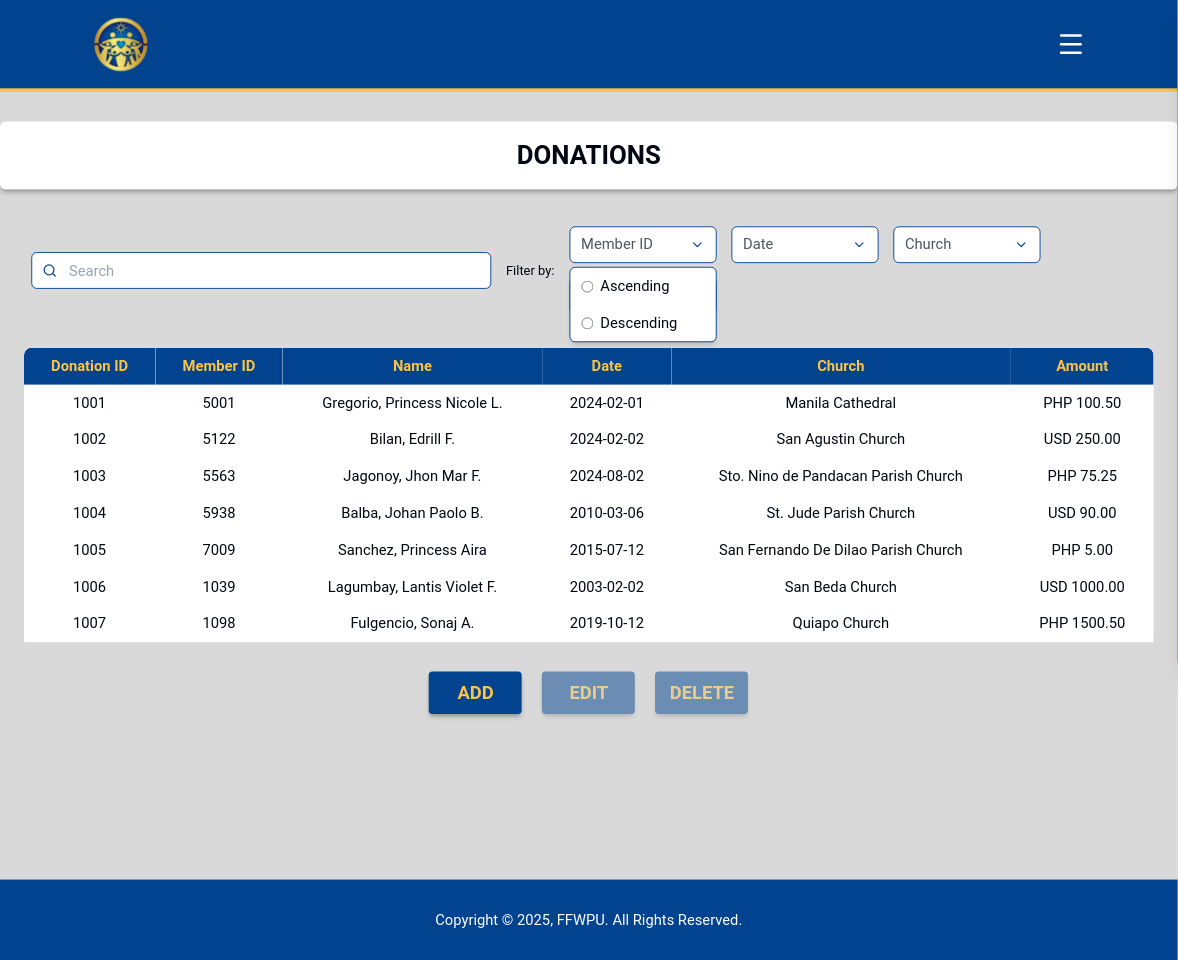
Repository: CoderTofu/FFWPU_System
Page: /donation, after clicking the first element matching `button.w-\[120px\]`
The author's editor kept a copy of each file at every save. The page is drawn from the files as they stood at one save, then again after the next save.
The browser window is 1280 px wide. The pictures show the whole page, at 92% of full size.
The project was rebuilt for these pictures with package versions that can differ from the ones it lists, and the page was loaded fresh each time. The framework's server and built-in components were replaced by stand-ins that run in the browser. Also part of the build but not shown: next.config.ts, src/components/NavbarPublic.tsx, src/components/FooterPublic.tsx, src/lib/utils.ts, src/components/ui/dialog.tsx, src/components/ui/button.tsx, src/components/Modal.tsx.

Above is the page before, as saved 2025-03-07 07:44:34.

After the next save:
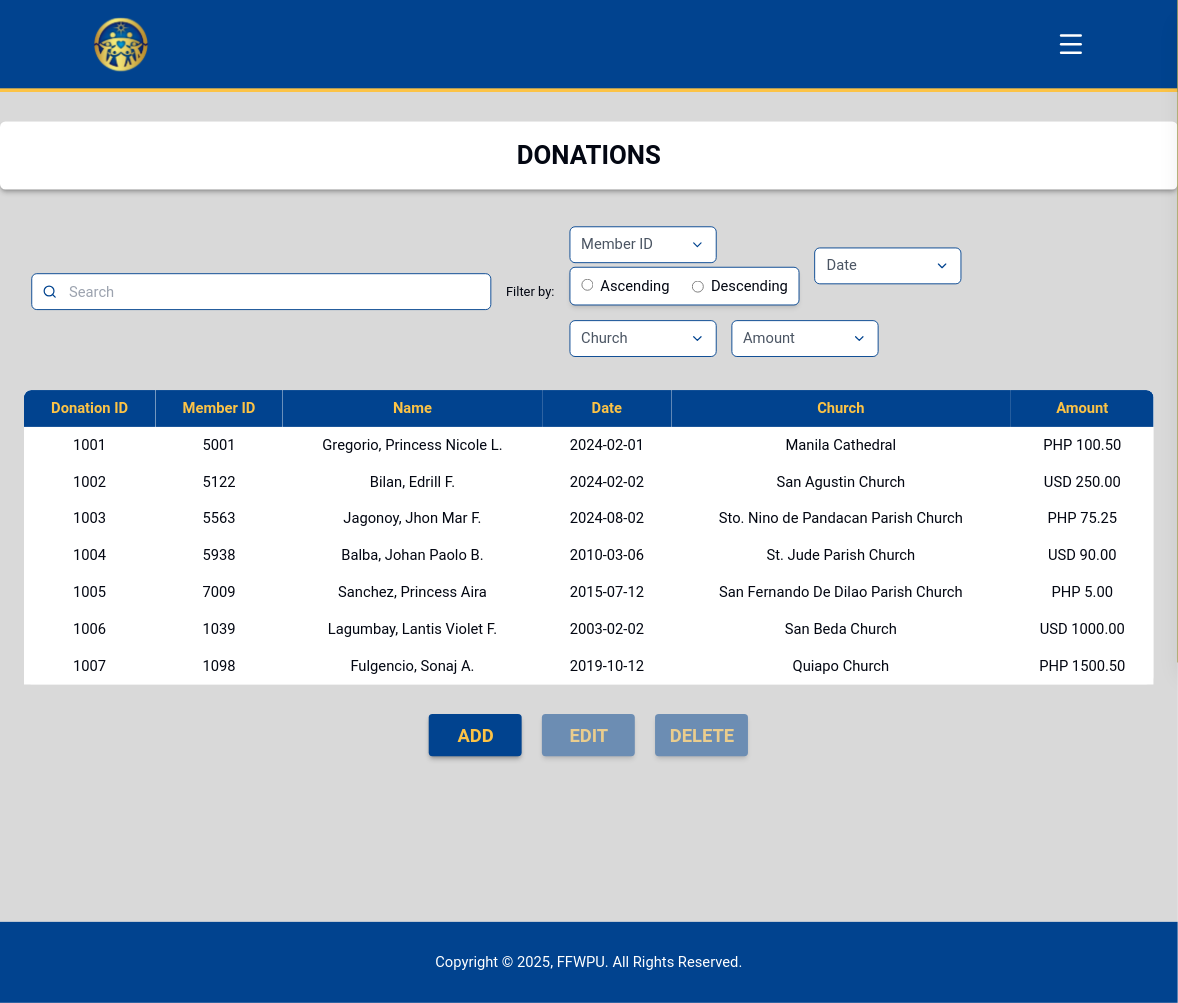
Saved 28 s later.
--- a/src/components/DonationModals.tsx
+++ b/src/components/DonationModals.tsx
@@ -77,8 +77,8 @@ export default function DonationModals({
             </button>
 
             {openSortDropdown === filter && (
-              <div className="absolute mt-1 w-full bg-white border border-[#01438F] rounded-md shadow-md z-10">
-                <label className="flex items-center justify-start w-full sm:w-auto px-3 py-2 hover:bg-gray-200 hover:rounded-sm">
+              <div className="flex items-center justify-start w-full sm:w-autoabsolute mt-1 bg-white border border-[#01438F] rounded-md shadow-md z-10">
+                <label className="px-3 py-2 hover:bg-gray-200 hover:rounded-sm">
                   <input
                     type="radio"
                     name={filter}
